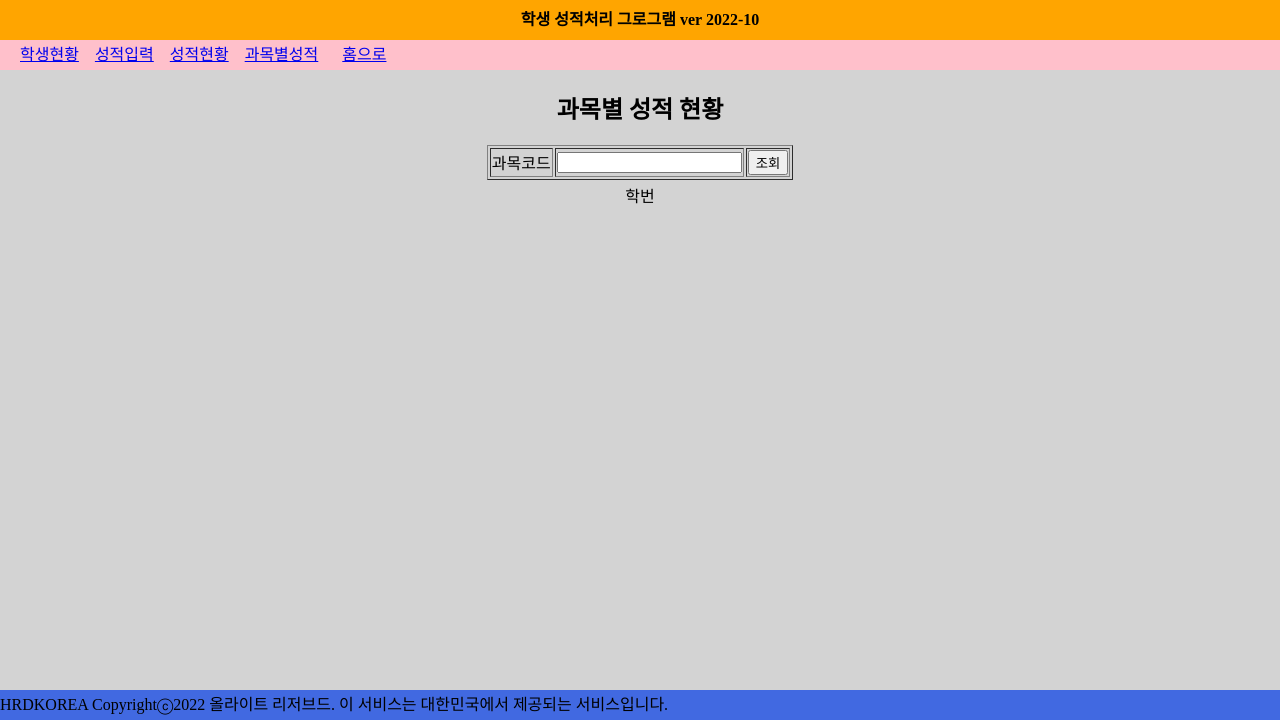
Repository: GotChun/license_practice
Page: http://localhost/HRD_0525/search.jsp
The author's editor kept a copy of each file at every save. The page is drawn from the files as they stood at one save, then again after the next save.
The browser window is 1280 px wide. The pictures show the whole page.
The page is served by Tomcat 9.

Above is the page before, as saved 2025-02-22 14:18:09.

### HRD_0525/src/main/webapp/search.jsp
<%@ page language="java" contentType="text/html; charset=UTF-8"
    pageEncoding="UTF-8"%>
    <%@ include file="db.jsp" %>
<!DOCTYPE html>
<html>
<head>
<meta charset="UTF-8">
<title>Insert title here</title>
</head>
<body>
<jsp:include page="header.jsp"></jsp:include>
<script type="text/javascript" src="check.js"></script>
<section style="position:fixed; top:70px; left:0px; width:100%; height:100%; background-color:lightgray;">
<h2 style="text-align:center;"> 과목별 성적 현황</h2>
<form action="" name="frm2" style="display:flex; justify-content: center; text-align: center">
	<table border="1">
		<tr>
			<td>과목코드</td>
			<td><input type="text" name="subcode"> </td>
			<td><input type="button" value="조회" onclick="return search()"> </td>
		</tr>
	</table>
</form>

<form style="display:flex; justify-content: center; text-align: center">
	<table>
		<tr>
			<td>학번</td>
		</tr>
	</table>
</form>
</section>

<jsp:include page="footer.jsp"></jsp:include>
</body>
</html>

### HRD_0525/src/main/webapp/db.jsp
<%@page import="java.sql.*"%>
<%@ page language="java" contentType="text/html; charset=UTF-8"
	pageEncoding="UTF-8"%>

<%
	//자바 연동 프로그램
		Class.forName("oracle.jdbc.OracleDriver");
		Connection con = DriverManager.getConnection
				("jdbc:oracle:thin:@//localhost:1521/xe","system","1234");

%>

### HRD_0525/src/main/webapp/header.jsp
<%@ page language="java" contentType="text/html; charset=UTF-8"
    pageEncoding="UTF-8"%>
<!DOCTYPE html>
<html>
<head>
<meta charset="UTF-8">
<title>header</title>
</head>
<body>
	<header
		style="position: fixed; top: 0; left:0px; width: 100%; height: 40px; line-height: 40px; background-color: orange; text-align: center">
		<b>학생 성적처리 그로그램 ver 2022-10</b>
	</header>

	<nav style="position:fixed; top:40px; left:0px; width:100%; height:30px; line-height:30px; background-color: pink; padding-left:20px; ">
		<a href="slist.jsp">학생현황</a> &nbsp;&nbsp;
		<a href="insert.jsp">성적입력</a> &nbsp;&nbsp;
		<a href="jumlist.jsp">성적현황</a> &nbsp;&nbsp;
		<a href="search.jsp">과목별성적</a> &nbsp;&nbsp;&nbsp;&nbsp;
		<a href="index.jsp">홈으로</a>
	</nav>
</body>
</html>

### HRD_0525/src/main/webapp/footer.jsp
<%@ page language="java" contentType="text/html; charset=UTF-8"
    pageEncoding="UTF-8"%>
<!DOCTYPE html>
<html>
<head>
<meta charset="UTF-8">
<title>footer</title>
</head>
<body>
<footer style="position:fixed; bottom:0;left:0; width:100%; height:30px; line-height:30px; background-color: royalblue;">
HRDKOREA Copyrightⓒ2022 올라이트 리저브드. 이 서비스는 대한민국에서 제공되는 서비스입니다.
</footer>
</body>
</html>

### HRD_0525/src/main/webapp/check.js
function add() {
	if (frm.sid.value.length == 0) {
		alert("학번이 입력되지 않았습니다 !");
		frm.sid.focus(); //포인터 옮기기
		return false;
	}
	else if (frm.midscore.value.length == 0) {
		alert("중간고사는 숫자가 아니거나 입력하지 않았습니다 !");
		frm.midscore.focus();
		return false;
	}
	else if (frm.finalscore.value.length == 0) {
		alert("기말고사는 숫자가 아니거나 입력하지 않았습니다 !");
		frm.finalscore.focus();
		return false;
	}
	else if (frm.attend.value.length == 0) {
		alert("출석은 숫자가 아니거나 입력하지 않았습니다 !");
		frm.attend.focus();
		return false;
	}
	else if (frm.report.value.length == 0) {
		alert("레포트는 숫자가 아니거나 입력하지 않았습니다 !");
		frm.report.focus();
		return false;
	}
	else if (frm.etc.value.length == 0) {
		alert("기타는 숫자가 아니거나 입력하지 않았습니다 !");
		frm.etc.focus();
		return false;
	}
	alert("성적정보가 정상적으로 등록되었습니다");
	//document.frm.submit();
	return true;
}


function res() {
	alert("정보를 지우고 처음부터 다시 입력합니다");
	document.frm.reset();
}


function search(){
	document.frm2.submit();
}

After the next save:
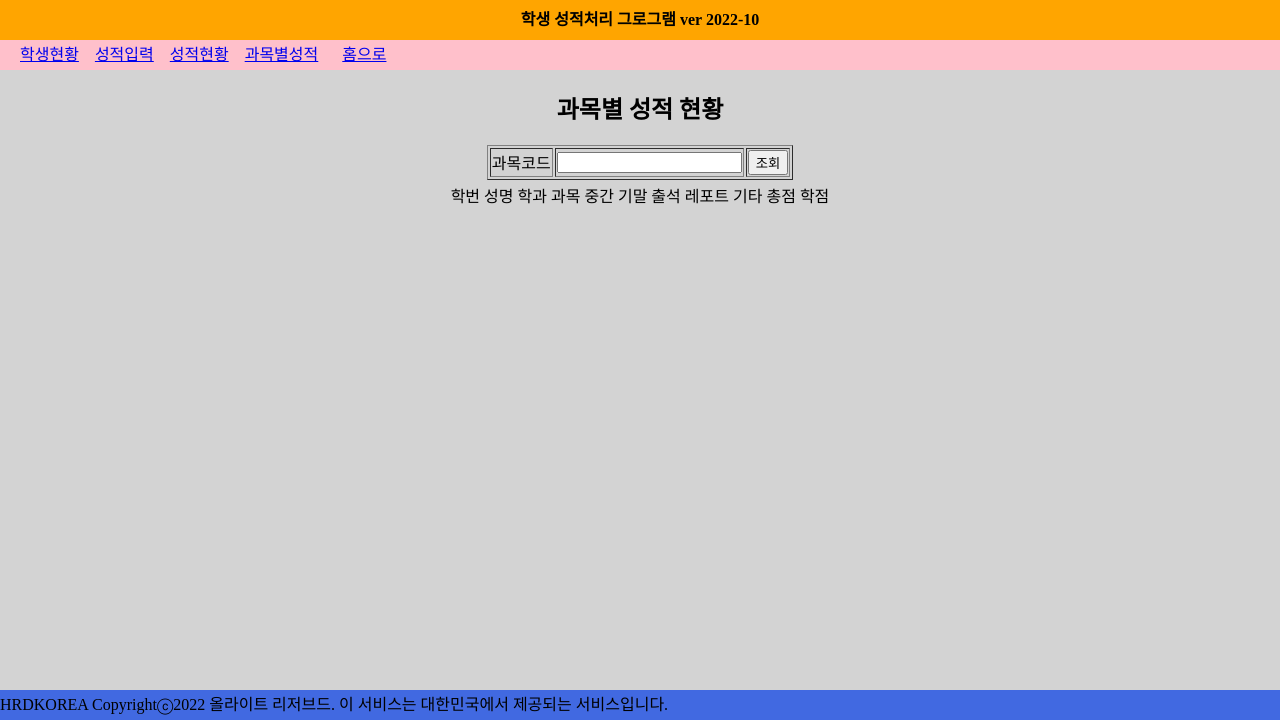
Saved 27 s later.
--- a/HRD_0525/src/main/webapp/search.jsp
+++ b/HRD_0525/src/main/webapp/search.jsp
@@ -26,6 +26,16 @@
 	<table>
 		<tr>
 			<td>학번</td>
+			<td>성명</td>
+			<td>학과</td>
+			<td>과목</td>
+			<td>중간</td>
+			<td>기말</td>
+			<td>출석</td>
+			<td>레포트</td>
+			<td>기타</td>
+			<td>총점</td>
+			<td>학점</td>
 		</tr>
 	</table>
 </form>
